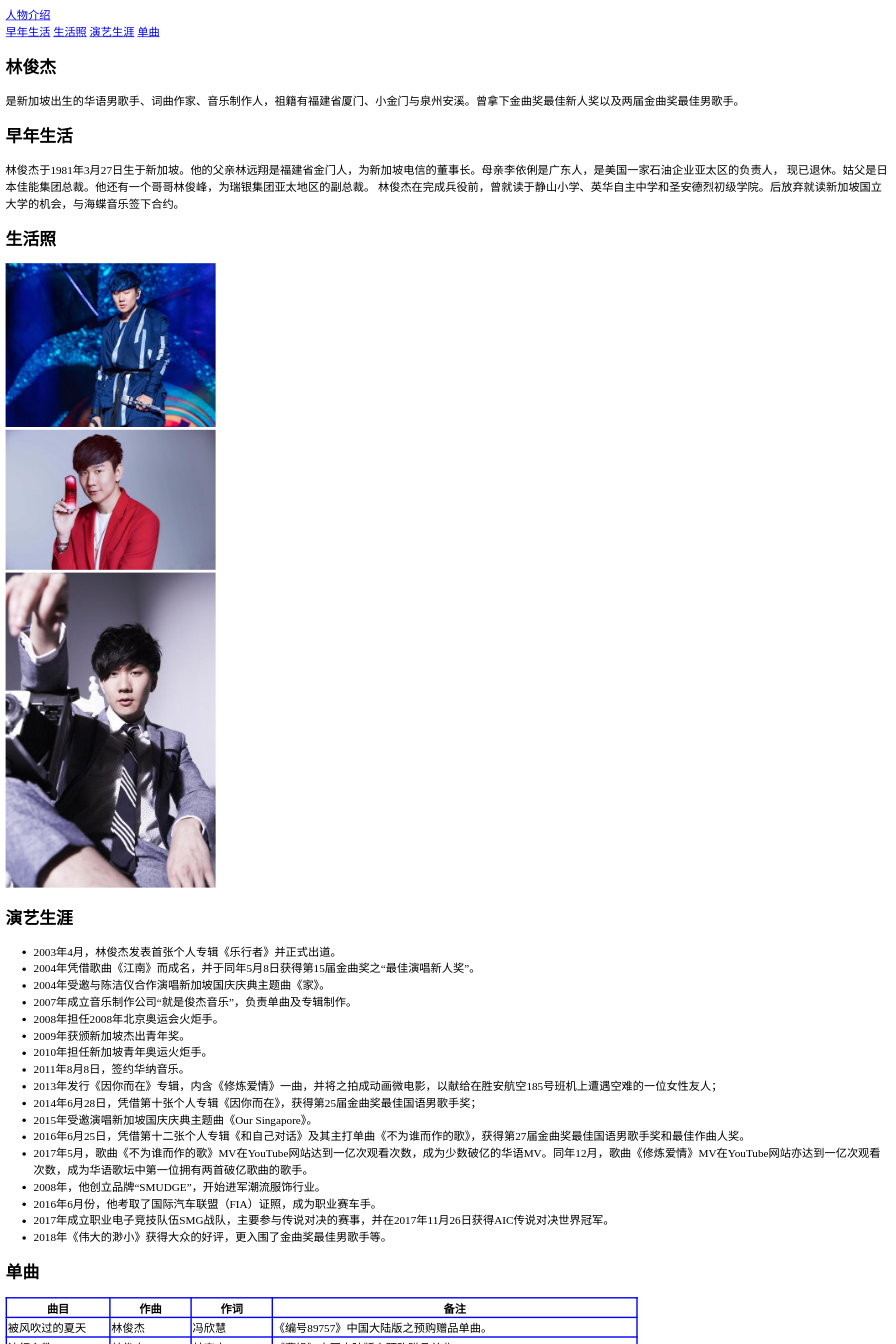
Repository: chenguocan/html_work
Page: html_work.html
The author's editor kept a copy of each file at every save. The page is drawn from the files as they stood at one save, then again after the next save.
The browser window is 1280 px wide. The pictures show the part of the page from y = 0 to 1920 px (the page is 2930 px tall before and 3020 px after), at 70% of full size.

Above is the page before, as saved 2020-06-26 11:02:38.

After the next save:
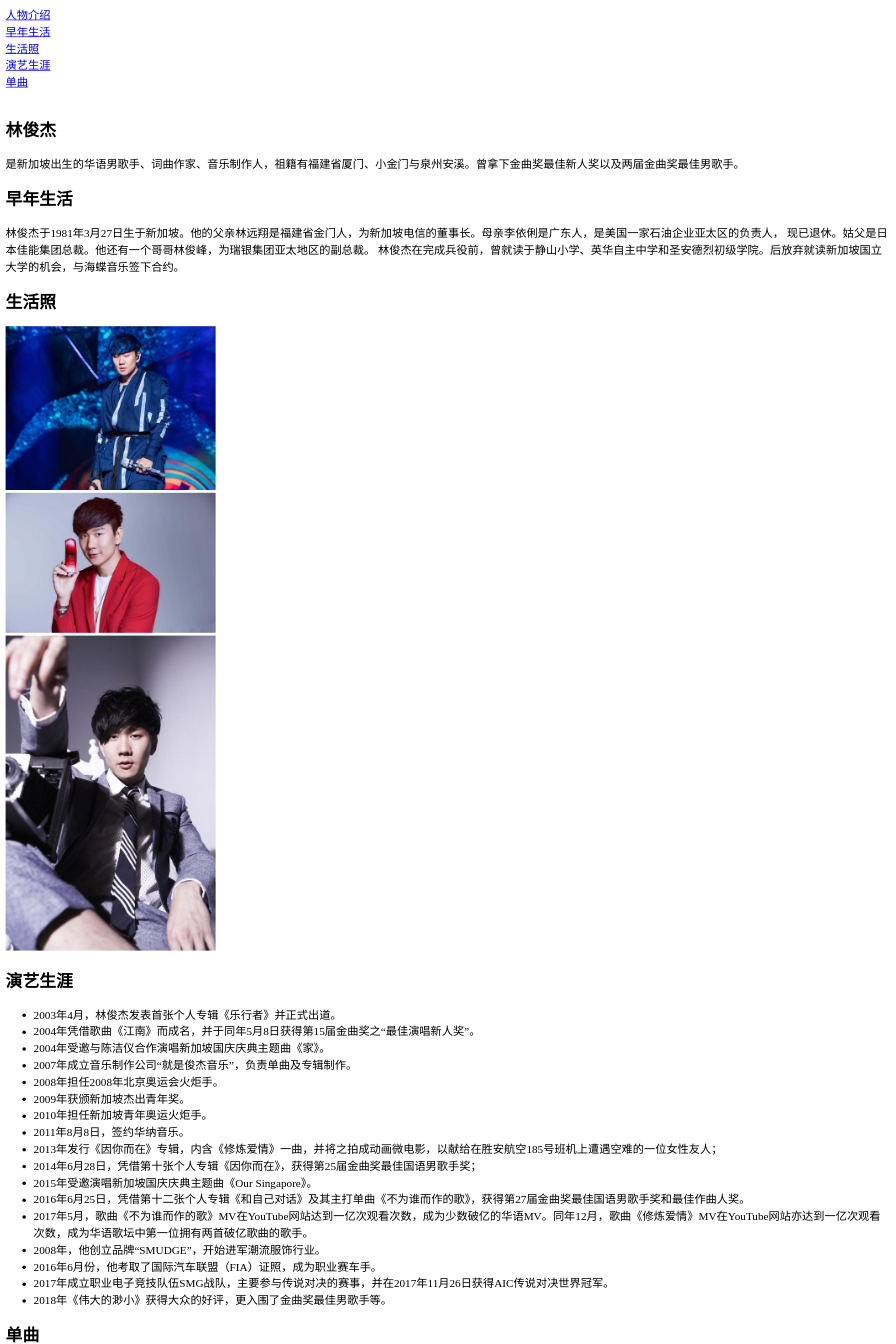
Saved 7 s later.
--- a/html_work.html
+++ b/html_work.html
@@ -25,11 +25,11 @@
   <body>
     <section>
       <a href="#name">人物介绍</a></br>
-      <a href="#life">早年生活</a>
-      <a href="#picture">生活照</a>
-      <a href="#action">演艺生涯</a>
-      <a href="#music">单曲</a>
-      <a href="#movie"></a>
+      <a href="#life">早年生活</a></br>
+      <a href="#picture">生活照</a></br>
+      <a href="#action">演艺生涯</a></br>
+      <a href="#music">单曲</a></br>
+      <a href="#movie"></a></br>
       <h1 id="name">林俊杰</h1>
       <p>
         是新加坡出生的华语男歌手、词曲作家、音乐制作人，祖籍有福建省厦门、小金门与泉州安溪。曾拿下金曲奖最佳新人奖以及两届金曲奖最佳男歌手。
